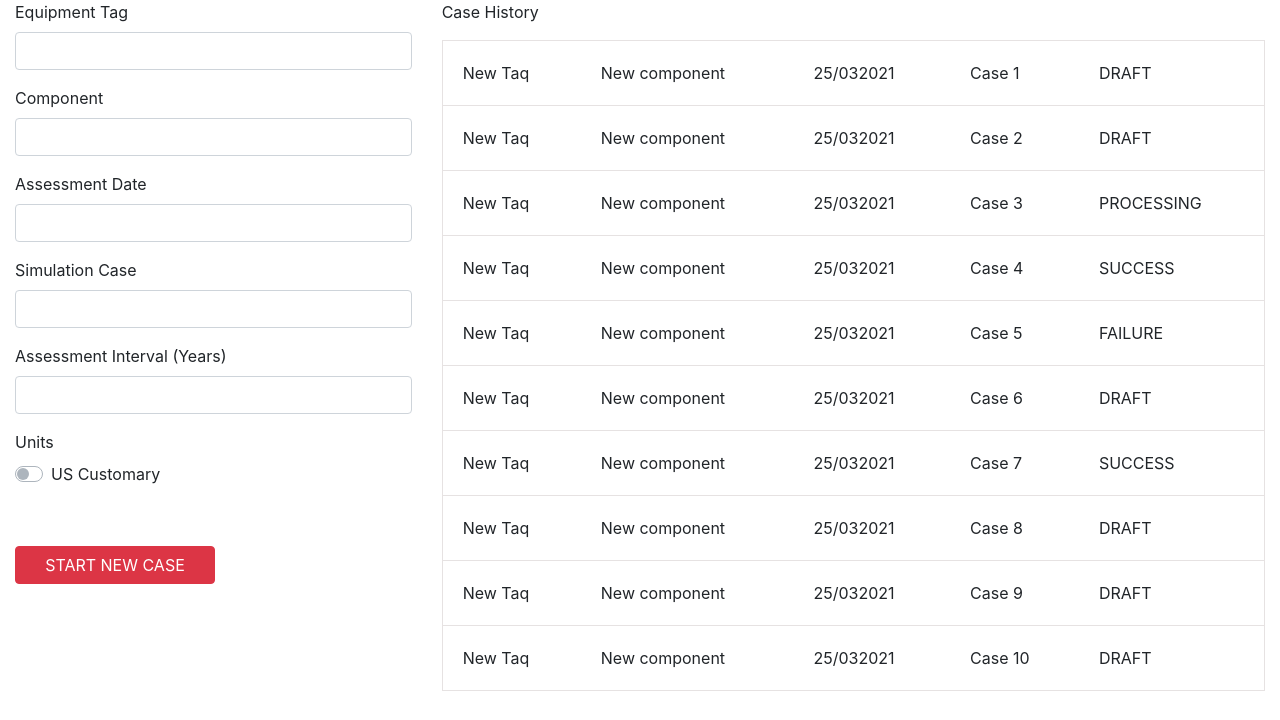
Repository: arif286/dashboard
Page: /
These files come from the project's save history. The page is drawn as it stood at one moment and after the next save; the edit follows.
The browser window is 1280 px wide. The pictures show the whole page.
The project was rebuilt for these pictures with package versions that can differ from the ones it lists, and the page was loaded fresh each time. The framework's server and built-in components were replaced by stand-ins that run in the browser. Also part of the build but not shown: nuxt.config.js, components/Nav.vue.

Above is the page before, as saved 2021-06-18 19:11:47.

After the next save:
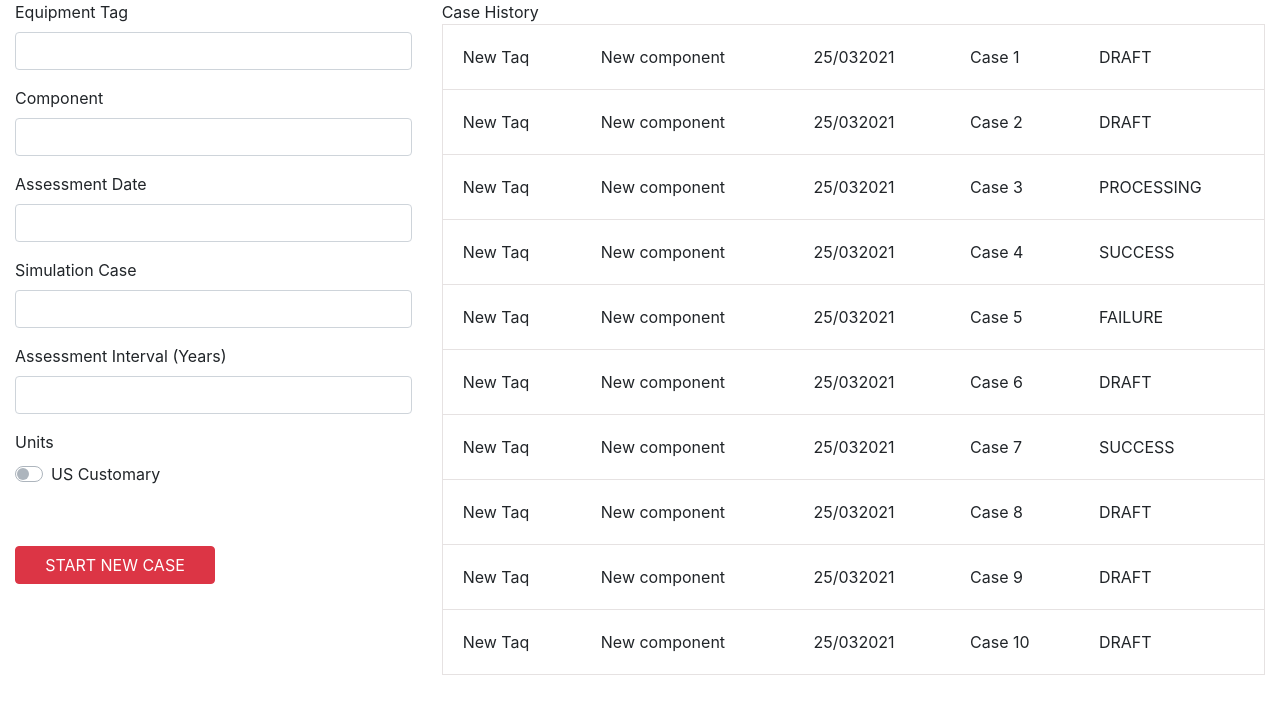
Saved 9 s later.
--- a/components/Table.vue
+++ b/components/Table.vue
@@ -55,6 +55,6 @@ export default {
   padding: 20px;
 }
 .title{
-  padding-bottom: 0px;
+  margin-bottom: 0px;
 }
 </style>
